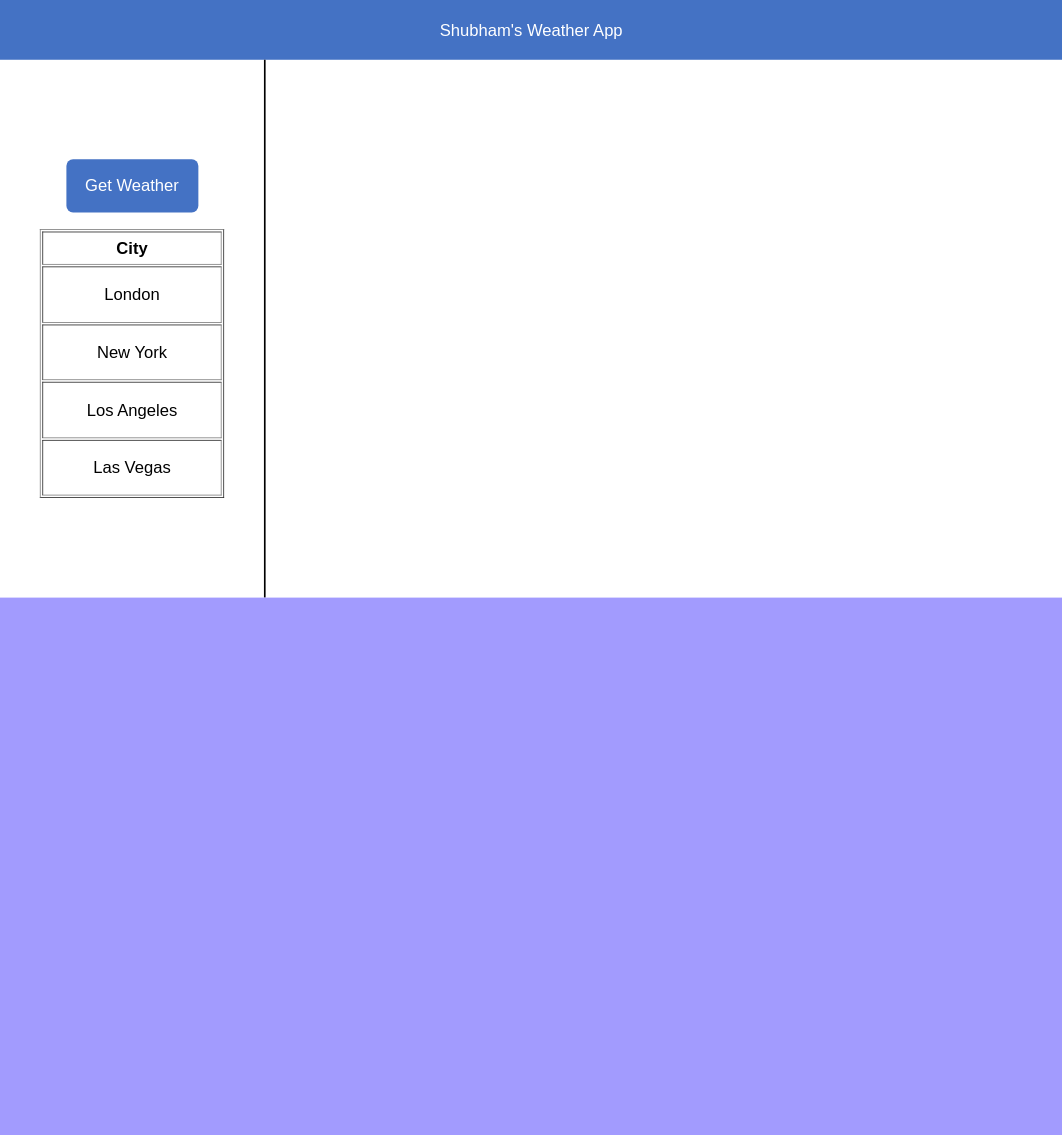
Repository: hey-shubham/WeatherAPI
Page: index.html
These files come from the project's save history. The page is drawn as it stood at one moment and after the next save; the edit follows.
The browser window is 1280 px wide. The pictures show the whole page, at 83% of full size.

Above is the page before, as saved 2022-03-28 21:00:08.

### index.html
<!DOCTYPE html>
<html lang="en">
  <head>
    <meta charset="UTF-8" />
    <meta http-equiv="X-UA-Compatible" content="IE=edge" />
    <meta name="viewport" content="width=device-width, initial-scale=1.0" />
    <title>Weather API</title>
    <script src="script.js" defer></script>
    <link rel="stylesheet" href="style.css" />
  </head>
  <body>
    <div class="weather-app">
      <header>Shubham's Weather App</header>
      <main>
        <aside>
          <button>Get Weather</button>
          <table border="1">
            <thead>
              <tr>
                <th>City</th>
              </tr>
            </thead>
            <tbody>
              <tr>
                <td>London</td>
              </tr>
              <tr>
                <td>New York</td>
              </tr>
              <tr>
                <td>Los Angeles</td>
              </tr>
              <tr>
                <td>Las Vegas</td>
              </tr>
            </tbody>
          </table>
        </aside>
        <div class="content"></div>
      </main>
    </div>
  </body>
</html>

### style.css

*{
    margin: 0;
    padding: 0;
    box-sizing: border-box;
    font-family: sans-serif;
    font-size: 20px;
}
html,body{
    height: 100vh;
    width: 100vw;
}
.weather-app header{
    height: 10vh;
    background-color: #4472C4;
    display: flex;
    justify-content: center;
    align-items: center;
    color: #ffffff;
}
.weather-app main{
    height: 90vh;
    /* background-color: blue; */
}
.weather-app aside{
    height: 100%;
    width: 25%;
    border-right: 2px solid black;
    /* background-color: red; */
    display: flex;
    flex-direction: column;
    justify-content: center;
    align-items: center;
}
.weather-app aside button{
    height: 10%;
    width: 50%;
    border-radius: 8px;
    border-style: none;
    color: white;
    background-color: #4472C4;
    margin-bottom: 1rem;
}
aside table{
    height: 50%;
    width: 70%;
}
aside th {
    height: 2rem;
}
aside td{
    text-align: center;
}
.weather-app .content{
    height: 100%;
    background-color: #a29bfe;
}

Loaded but not shown: script.js (no copy from this time; the picture is the same without it)

After the next save:
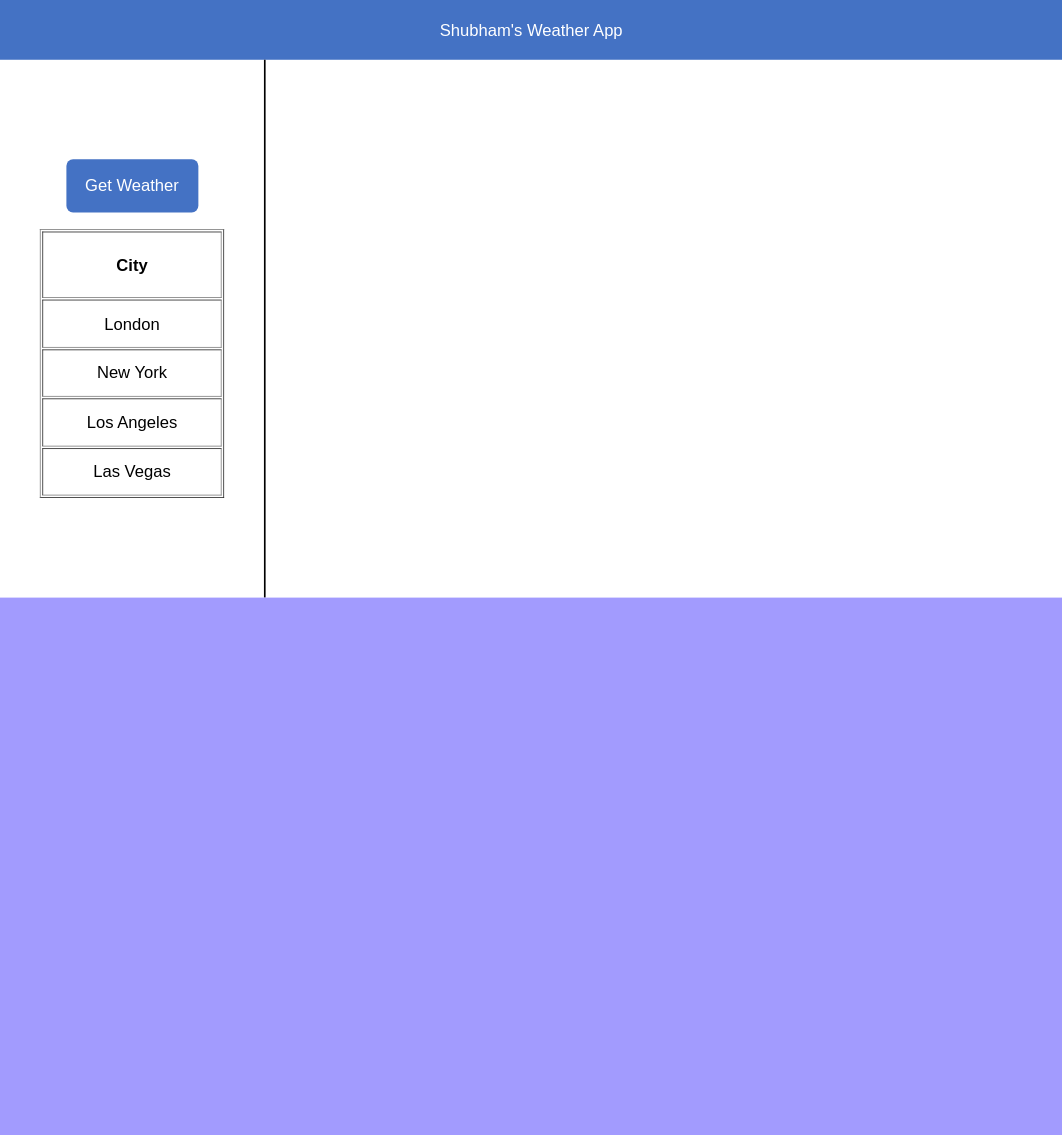
Saved 7 s later.
--- a/style.css
+++ b/style.css
@@ -46,7 +46,7 @@ aside table{
     width: 70%;
 }
 aside th {
-    height: 2rem;
+    height: 4rem;
 }
 aside td{
     text-align: center;
